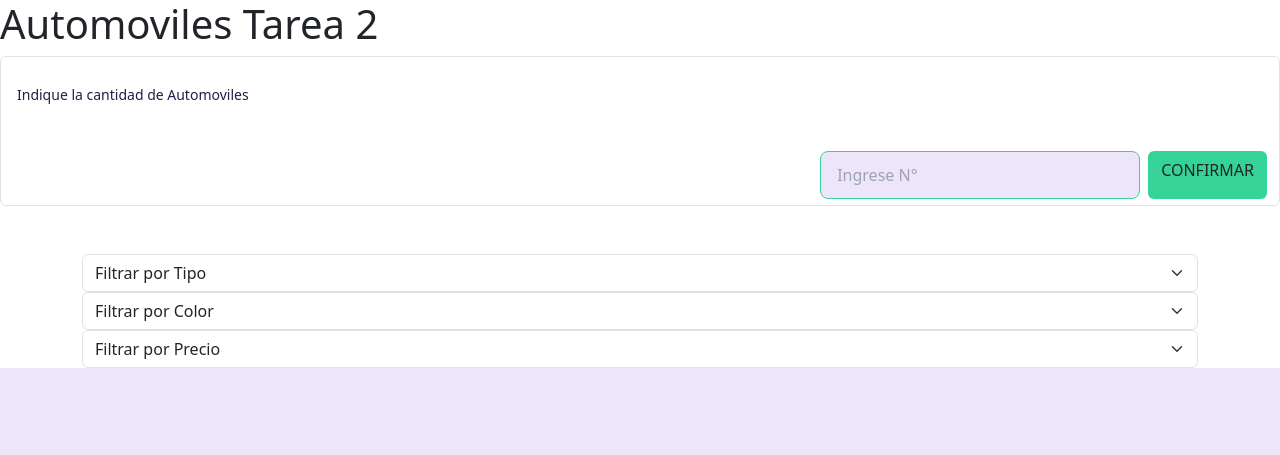
Repository: Claudioxs/Tarea2
Page: /automovil (app in FrontEnd/vue-project/)
These files come from the project's save history. The page is drawn as it stood at one moment and after the next save; the edit follows.
The browser window is 1280 px wide. The pictures show the whole page.
The project was rebuilt for these pictures with package versions that can differ from the ones it lists, and the page was loaded fresh each time. Also part of the build but not shown: FrontEnd/vue-project/vite.config.js, FrontEnd/vue-project/src/components/HelloWorld.vue.

Above is the page before, as saved 2023-05-22 23:30:49.

After the next save:
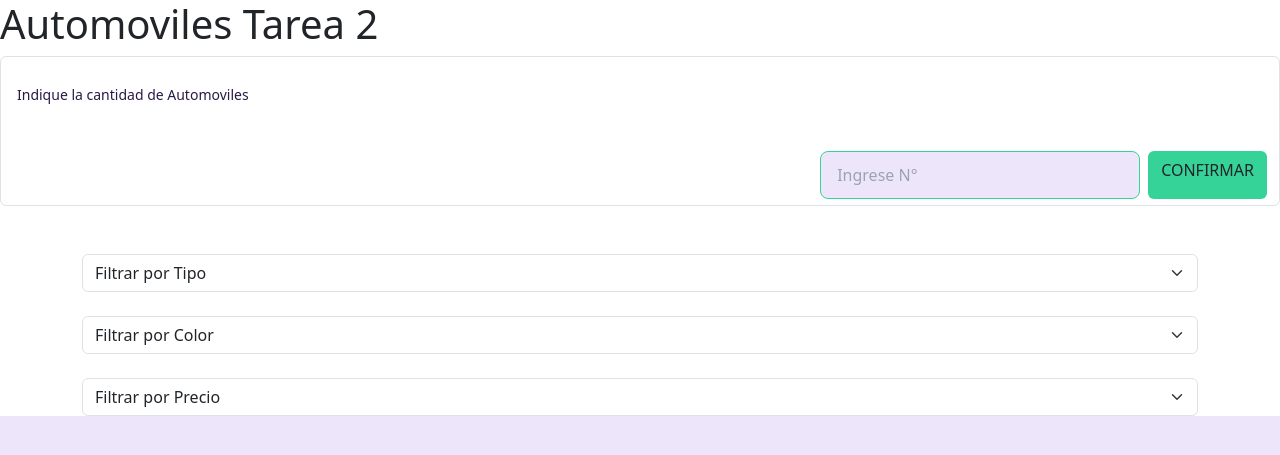
Saved 77 s later.
--- a/FrontEnd/vue-project/src/views/Automovil.vue
+++ b/FrontEnd/vue-project/src/views/Automovil.vue
@@ -24,7 +24,7 @@
   <option value="2">Camioneta</option>
   <option value="3">SUV</option>
 
-</select>
+</select> <br>
 <select class="form-select" aria-label="Default select example">
   <option selected>Filtrar por Color</option>
   <option value="1">Rojo</option>
@@ -33,7 +33,7 @@
   <option value="4">Azul</option>
   <option value="5">Amarillo</option>
 
-</select>
+</select> <br>
 <select class="form-select" aria-label="Default select example">
   <option selected>Filtrar por Precio</option>
   <option value="1">Marca</option>
